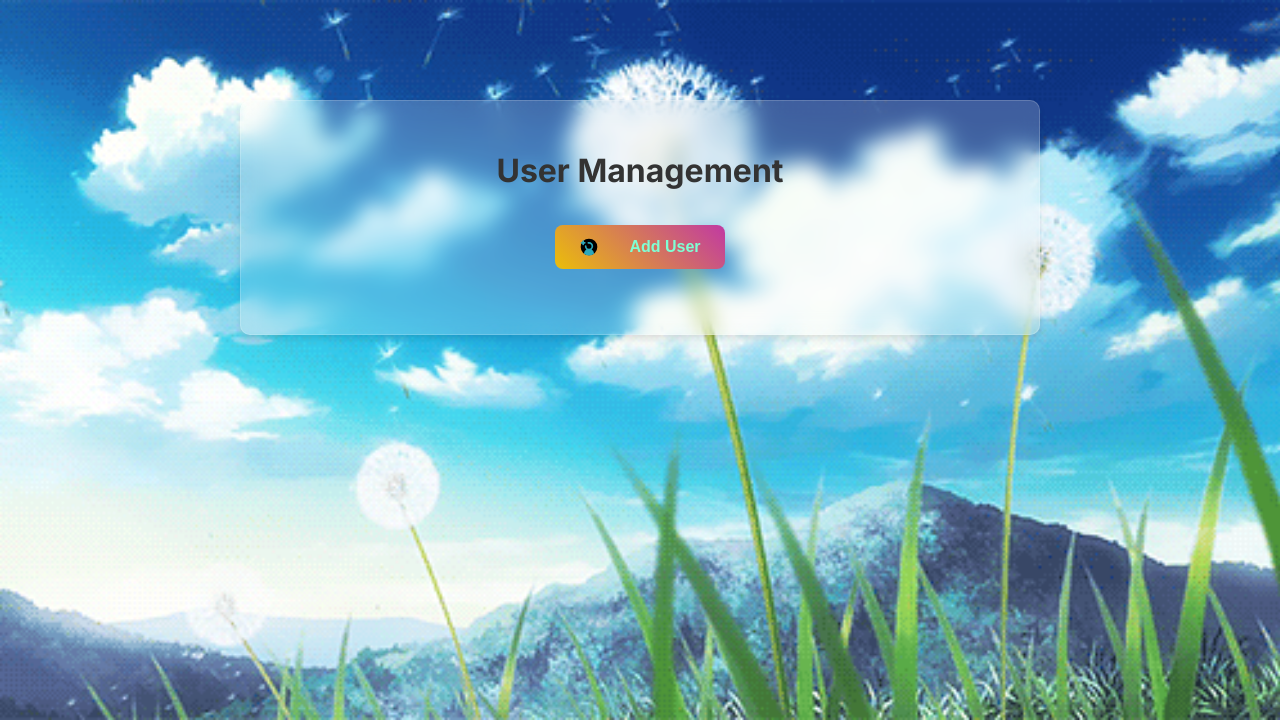
Repository: EeeeeEyyyy/crud-proj
Page: /
An editor plug-in stored every save of this project. The page is shown before and after the next save, followed by the edit.
The browser window is 1280 px wide. The pictures show the whole page.
The page's requests for data from a server got no answer. The project was rebuilt for these pictures with package versions that can differ from the ones it lists, and the page was loaded fresh each time. The framework's server and built-in components were replaced by stand-ins that run in the browser. No one was signed in, and anything a server would have sent is missing. Also part of the build but not shown: next.config.mjs.

Above is the page before, as saved 2024-06-26 09:13:36.

### src/app/layout.js
import { Inter } from "next/font/google";
import "./globals.css";

const inter = Inter({ subsets: ["latin"] });

export const metadata = {
  title: "USER",
  description: "Generated by Generated",
};

export default function RootLayout({ children }) {
  return (
    <html lang="en">
      <body className={inter.className}>{children}</body>
    </html>
  );
}

### src/app/page.js
"use client";

import React, { useEffect, useState } from "react";
import axios from "axios";
import Image from "next/image";

const Page = () => {
  const [users, setUsers] = useState([]);
  const [isCreateModalOpen, setCreateModalOpen] = useState(false);
  const [isUpdateModalOpen, setUpdateModalOpen] = useState(false);
  const [isDeleteModalOpen, setDeleteModalOpen] = useState(false);
  const [selectedUser, setSelectedUser] = useState(null);
  const [newUser, setNewUser] = useState({ name: "", email: "" });

  useEffect(() => {
    fetchUsers();
  }, []);

  const fetchUsers = async () => {
    try {
      const response = await axios.get(
        "https://jsonplaceholder.typicode.com/users"
      );
      setUsers(response.data);
    } catch (error) {
      console.error("Error fetching users:", error);
    }
  };

  const addUser = async () => {
    try {
      const response = await axios.post(
        "https://jsonplaceholder.typicode.com/users",
        newUser
      );
      setUsers([...users, response.data]);
      setCreateModalOpen(false);
    } catch (error) {
      console.error("Error adding user:", error);
    }
  };

  const updateUser = async (id) => {
    try {
      const response = await axios.put(
        `https://jsonplaceholder.typicode.com/users/${id}`,
        selectedUser
      );
      setUsers(users.map((user) => (user.id === id ? response.data : user)));
      setUpdateModalOpen(false);
      console.log(response)
    } catch (error) {
      console.error("Error updating user:", error);
    }
  };

  const deleteUser = async (id) => {
    try {
      await axios.delete(`https://jsonplaceholder.typicode.com/users/${id}`);
      setUsers(users.filter((user) => user.id !== id));
      setDeleteModalOpen(false);
    } catch (error) {
      console.error("Error deleting user:", error);
    }
  };

  const openCreateModal = () => {
    setNewUser({ name: "", email: "" });
    setCreateModalOpen(true);
  };

  const closeCreateModal = () => {
    setCreateModalOpen(false);
  };

  const openUpdateModal = (user) => {
    setSelectedUser(user);
    setUpdateModalOpen(true);
  };

  const closeUpdateModal = () => {
    setSelectedUser(null);
    setUpdateModalOpen(false);
  };

  const openDeleteModal = (user) => {
    setSelectedUser(user);
    setDeleteModalOpen(true);
  };

  const closeDeleteModal = () => {
    setSelectedUser(null);
    setDeleteModalOpen(false);
  };

  const handleGoToHome = () => {
    router.push("/");
  };

  return (
    <div className="container">
      <h1>User Management</h1>
      <div className="Add-me">
        <button
          onClick={openCreateModal}
          className="glassButton-add"
          id="add-n"
        >
          {" "}
                               <Image
              src="/add.svg"
              alt="add user"
              className="dark:invert"
              width={20}
              height={20}
              priority
            />
          Add User
        </button>
      </div>
      <ul>
        {users.map((user) => (
          <li key={user.id} className="name-p">
            {user.name} <br />
            <br />
            {user.email}
            <div className="Add-me">
              {" "}
              <button
                onClick={() => openUpdateModal(user)}
                className="glassButton"
                id="update-n"
              >
                {" "}
                     <Image
              src="/edit.svg"
              alt="edit"
              className="dark:invert"
              width={20}
              height={20}
              priority
            />
                Update
              </button>
              <button
                onClick={() => openDeleteModal(user)}
                className="glassButton"
                id="delete-n"
              >
                {" "}
                <Image
              src="/bin.svg"
              alt="bin"
              className="dark:invert"
              width={20}
              height={20}
              priority
            />
                Delete
              </button>
            </div>
          </li>
        ))}
      </ul>
      {isCreateModalOpen && (
        <div className="modalOverlay">
          <div className="modal">
            <h2>Add User</h2>
            <input
              type="text"
              placeholder="Name"
              value={newUser.name}
              onChange={(e) => setNewUser({ ...newUser, name: e.target.value })}
            />
            <input
              type="email"
              placeholder="Email"
              value={newUser.email}
              onChange={(e) =>
                setNewUser({ ...newUser, email: e.target.value })
              }
            />
            <div className="update-b">
              <button onClick={addUser} className="glassButton" id="add-n">
                Add
              </button>
            </div>
            <button onClick={closeCreateModal} className="closeButton">
              Close
            </button>
          </div>
        </div>
      )}
      {isUpdateModalOpen && selectedUser && (
        <div className="modalOverlay">
          <div className="modal">
            <h2>Update User</h2>
            <input
              type="text"
              placeholder="Name"
              value={selectedUser.name}
              onChange={(e) =>
                setSelectedUser({ ...selectedUser, name: e.target.value })
              }
            />
            <input
              type="email"
              placeholder="Email"
              value={selectedUser.email}
              onChange={(e) =>
                setSelectedUser({ ...selectedUser, email: e.target.value })
              }
            />
            <div className="update-b">
              <button
                onClick={() => updateUser(selectedUser.id)}
                className="glassButton"
                id="update-g"
              >
                Update
              </button>
            </div>
            <button onClick={closeUpdateModal} className="closeButton">
              Close
            </button>
          </div>
        </div>
      )}
      {isDeleteModalOpen && selectedUser && (
        <div className="modalOverlay">
          <div className="modal">
            <h2>Are you sure you want to delete {selectedUser.name}?</h2>
            <div className="yes-b">
              <button
                onClick={() => deleteUser(selectedUser.id)}
                className="glassButton"
              >
                Yes
              </button>
            </div>
            <button onClick={closeDeleteModal} className="closeButton">
              No
            </button>
          </div>
        </div>
      )}
    </div>
  );
};
export default Page;

### src/app/globals.css
* {
  box-sizing: border-box;
  padding: 0;
  margin: 0;
}

html,
body {
  max-width: 100vw;
  overflow-x: hidden;
  background: url(g.gif);
  background-size: cover;
  background-position: center;
  height: 100%;
  margin: 0;
  padding: 0;
  font-family: Georgia, "Times New Roman", Times, serif;
}

a {
  color: inherit;
  text-decoration: none;
}

.main {
  display: flex;
  flex-direction: column;
  justify-content: space-between;
  align-items: center;
  padding: 6rem;
  min-height: 100vh;
}

.description {
  display: flex;
  justify-content: center;
  align-items: center;
  font-size: 0.85rem;
  max-width: var(--max-width);
  width: 100%;
  z-index: 2;
  font-family: var(--font-mono);
}

.description a {
  display: flex;
  justify-content: center;
  align-items: center;
  gap: 0.5rem;
}

.description p {
  position: relative;
  margin: 0;
  padding: 1rem;
  border-radius: var(--border-radius);
}

.code {
  font-weight: 700;
  font-family: var(--font-mono);
}

.grid {
  display: grid;
  grid-template-columns: repeat(4, minmax(25%, auto));
  max-width: 100%;
  width: var(--max-width);
}

.card {
  padding: 1rem 1.2rem;
  border-radius: var(--border-radius);
  background: rgba(var(--card-rgb), 0);
  border: 1px solid rgba(var(--card-border-rgb), 0);
  transition: background 200ms, border 200ms;
}

.card span {
  display: inline-block;
  transition: transform 200ms;
}

.card h2 {
  font-weight: 600;
  margin-bottom: 0.7rem;
}

.card p {
  margin: 0;
  opacity: 0.6;
  font-size: 0.9rem;
  line-height: 1.5;
  max-width: 30ch;
  text-wrap: balance;
}

.center {
  display: flex;
  justify-content: center;
  align-items: center;
  position: relative;
  padding: 4rem 0;
}

.center::before,
.center::after {
  content: "";
  position: absolute;
  filter: blur(45px);
  transform: translateZ(0);
}

.center::before {
  background: var(--secondary-glow);
  border-radius: 50%;
  width: 480px;
  height: 360px;
  margin-left: -400px;
}

.center::after {
  background: var(--primary-glow);
  width: 240px;
  height: 180px;
  z-index: -1;
}

.logo {
  position: relative;
}

@media (hover: hover) and (pointer: fine) {
  .card:hover {
    background: rgba(var(--card-rgb), 0.1);
    border: 1px solid rgba(var(--card-border-rgb), 0.15);
  }

  .card:hover span {
    transform: translateX(4px);
  }
}

@media (prefers-reduced-motion) {
  .card:hover span {
    transform: none;
  }
}

/* Mobile */
@media (max-width: 700px) {
  .content {
    padding: 4rem;
  }

  .grid {
    grid-template-columns: 1fr;
    margin-bottom: 120px;
    max-width: 320px;
    text-align: center;
  }

  .card {
    padding: 1rem 2.5rem;
  }

  .card h2 {
    margin-bottom: 0.5rem;
  }

  .center {
    padding: 8rem 0 6rem;
  }

  .center::before {
    transform: none;
    height: 300px;
  }

  .description {
    font-size: 0.8rem;
  }

  .description a {
    padding: 1rem;
  }

  .description p,
  .description div {
    display: flex;
    justify-content: center;
    position: fixed;
    width: 100%;
  }

  .description p {
    align-items: center;
    inset: 0 0 auto;
    padding: 2rem 1rem 1.4rem;
    border-radius: 0;
    border: none;
    background: linear-gradient(
      to bottom,
      rgba(var(--background-start-rgb), 1)
    );
    background-clip: padding-box;
    backdrop-filter: blur(24px);
  }

  .description div {
    align-items: flex-end;
    pointer-events: none;
    inset: auto 0 0;
    padding: 2rem;
    height: 200px;
    background: linear-gradient(
      to bottom,
      transparent 0%,
      rgb(var(--background-end-rgb)) 40%
    );
    z-index: 1;
  }
}

/* Tablet and Smaller Desktop */
@media (min-width: 701px) and (max-width: 1120px) {
  .grid {
    grid-template-columns: repeat(2, 50%);
  }
}

@media (prefers-color-scheme: dark) {
  .logo {
    filter: invert(1) drop-shadow(0 0 0.3rem #ffffff70);
  }
}

@keyframes rotate {
  from {
    transform: rotate(360deg);
  }
  to {
    transform: rotate(0deg);
  }
}

h1 {
  font-size: 2em;
  margin-bottom: 20px;
  color: #333;
}

/* Glass Button Styles */
.glassButton,
.glassButton-add {
  display: flex;
  flex-direction: row;
  align-items: center;
  gap: 30px;
  border: none;
  padding: 12px 24px;
  font-size: 16px;
  cursor: pointer;
  outline: none;
  transition: background-color 0.3s ease, transform 0.3s ease;
  backdrop-filter: blur(5px);
  border-radius: 8px;
  margin: 5px;
}

.glassButton {
  background: rgba(255, 255, 255, 0.2);
  color: #333;
}

.glassButton-add {
  background: #17f3ff33;
  color: #333;
}
.glassButton-add:hover {
  background: rgba(255, 255, 255, 0.3);
  transform: scale(1.05);
}

.glassButton:hover {
  background: rgba(255, 255, 255, 0.3);
  transform: scale(1.05);
}

/* Modal Styles */
.modalOverlay {
  position: fixed;
  top: 0;
  left: 0;
  right: 0;
  bottom: 0;
  background-color: rgba(0, 0, 0, 0.5);
  display: flex;
  justify-content: center;
  align-items: center;
  z-index: 1000;
  border-radius: 1%;
}

.modal {
  background: rgba(255, 255, 255, 0.8);
  padding: 20px;
  border-radius: 8px;
  width: 400px;
  max-width: 90%;
  box-shadow: 0 4px 6px rgba(0, 0, 0, 0.1);
  backdrop-filter: blur(10px);
  position: fixed;
}

.closeButton {
  background: rgba(205, 12, 12, 0.71);
  padding: 8px;
  border-radius: 50%;
  border: none;
  font-size: 20px;
  cursor: pointer;
  position: absolute;
  top: 10px;
  right: 10px;
  color: rgb(166, 243, 243);
  transition: background-color 0.3s ease;
}

.closeButton:hover {
  background: rgba(255, 255, 255, 0.8);
}

/* List Styles */
ul {
  list-style-type: none;
  padding: 0;
}

li {
  display: flex;
  justify-content: space-between;
  align-items: center;
  padding: 0px;
  border-bottom: 1px solid rgba(0, 0, 0, 0.1);
  color: #333;
}

/* Input Styles */
input {
  display: block;
  width: calc(100% - 20px);
  margin: 10px 0;
  padding: 10px;
  border: 1px solid rgba(0, 0, 0, 0.1);
  border-radius: 4px;
  font-size: 16px;
}

.container {
  max-width: 800px;
  margin: 100px auto;
  padding: 50px;
  background: rgba(255, 255, 255, 0.2);
  border: 1px solid rgba(255, 255, 255, 0.18);
  border-radius: 10px;
  backdrop-filter: blur(10px);
  box-shadow: 0 4px 6px rgba(0, 0, 0, 0.1);
  text-align: center;
}

.Add-me,
.update-b,
.yes-b {
  display: flex;
  justify-content: center;
  margin: 10px;
  margin-top: 30px;
}

#delete-n {
  background: linear-gradient(45deg, rgb(255, 0, 0), rgba(54, 6, 78, 0.441));
  font-weight: bold;
  color: rgb(7, 0, 107);
}

#update-n,
#update-g {
  background: linear-gradient(45deg, rgb(182, 4, 247), rgb(18, 161, 111));
  font-weight: bold;
  color: beige;
}

#add-n {
  font-weight: bold;
  background: linear-gradient(45deg, rgb(235, 190, 9), rgb(193, 57, 163));
  color: aquamarine;
}
.name-p {
  font-size: 20px;
  text-align: left;
  padding: 10px;
}

After the next save:
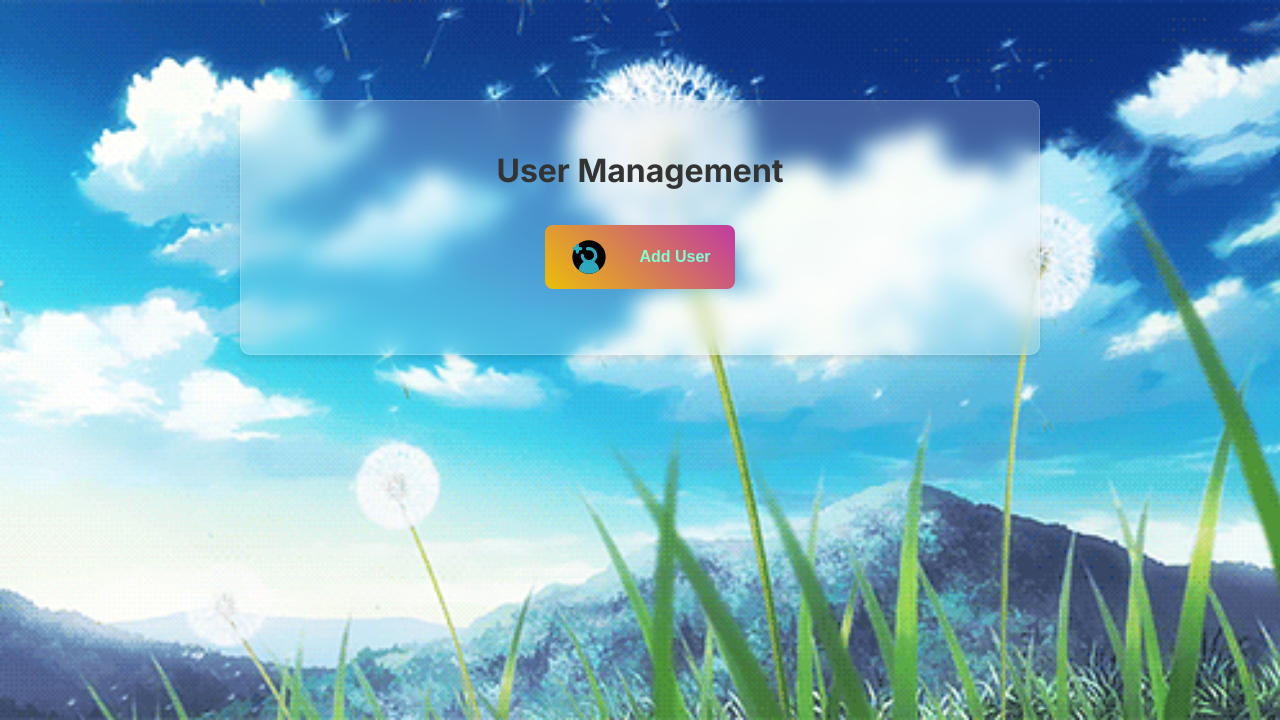
Saved 15 s later.
--- a/src/app/page.js
+++ b/src/app/page.js
@@ -111,8 +111,8 @@ const Page = () => {
               src="/add.svg"
               alt="add user"
               className="dark:invert"
-              width={20}
-              height={20}
+              width={40}
+              height={40}
               priority
             />
           Add User
